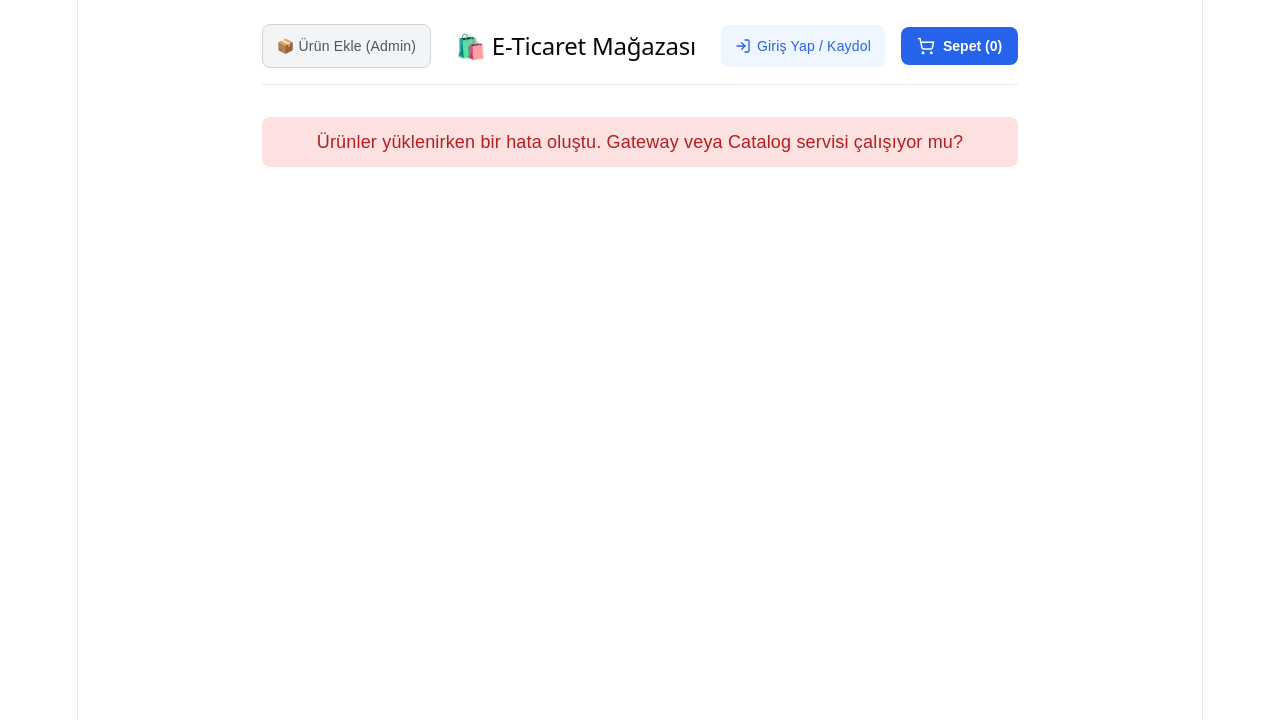
Repository: emir1958/EticaretMicroservice
Page: / (app in src/Clients/ecommerce-ui/)
These files come from the project's save history. The page is drawn as it stood at one moment and after the next save; the edit follows.
The browser window is 1280 px wide. The pictures show the whole page.
The page's requests for data from a server got no answer. The project was rebuilt for these pictures with package versions that can differ from the ones it lists, and the page was loaded fresh each time. No one was signed in, and anything a server would have sent is missing. Also part of the build but not shown: src/Clients/ecommerce-ui/vite.config.js, src/Clients/ecommerce-ui/src/pages/customer/ProductDetail.jsx, src/Clients/ecommerce-ui/src/hooks/useOrderHub.js, src/Clients/ecommerce-ui/src/pages/customer/Checkout.jsx, src/Clients/ecommerce-ui/src/pages/auth/Auth.jsx, src/Clients/ecommerce-ui/src/pages/admin/AdminLogin.jsx, src/Clients/ecommerce-ui/src/components/AdminLayout.jsx, src/Clients/ecommerce-ui/src/pages/admin/AdminProduct.jsx and 5 more.

Above is the page before, as saved 2026-09-22 21:38:19.

After the next save:
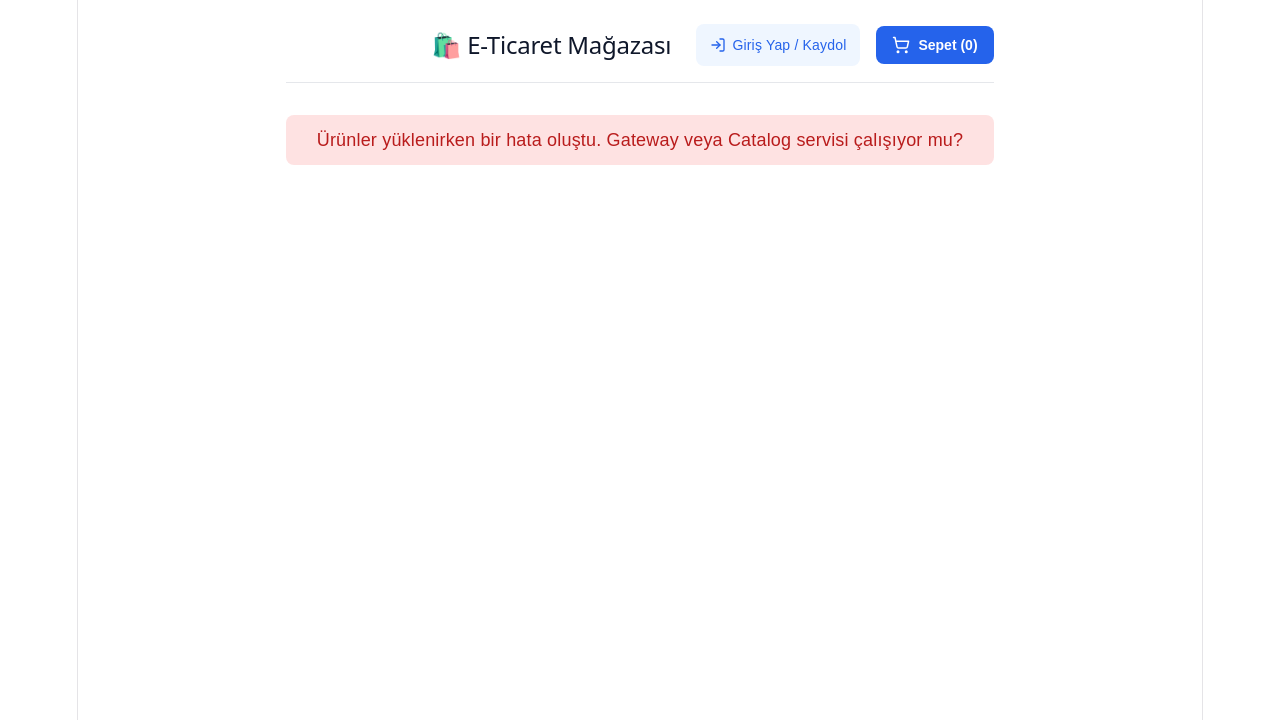
Saved 28 min 16 s later.
--- a/src/Clients/ecommerce-ui/src/pages/customer/ProductList.jsx
+++ b/src/Clients/ecommerce-ui/src/pages/customer/ProductList.jsx
@@ -8,6 +8,7 @@ import {
   LogIn,
   LogOut,
   User as UserIcon,
+  ShieldCheck,
 } from "lucide-react";
 import { Link } from "react-router-dom";
 
@@ -16,9 +17,9 @@ export default function ProductList() {
   const [loading, setLoading] = useState(true);
   const [error, setError] = useState(null);
 
-  // 🟢 1. setIsCartOpen fonksiyonunu Context'ten çekiyoruz
   const { addToCart, cart, setIsCartOpen } = useCart();
-  const { user, isAuthenticated, logout } = useAuth();
+  // 🟢 1. isAdmin bilgisini AuthContext'ten alıyoruz
+  const { user, isAuthenticated, isAdmin, logout } = useAuth();
 
   useEffect(() => {
     api
@@ -55,47 +56,54 @@ export default function ProductList() {
       <header
         style={{
           display: "flex",
-          flexWrap: "wrap", // 🟢 2. Sıkışmayı önlemek için esnek sarma eklendi
+          flexWrap: "wrap",
           justifyContent: "space-between",
           alignItems: "center",
-          gap: "20px", // 🟢 Elemanlar arası ferahlık sağlandı
+          gap: "20px",
           marginBottom: "32px",
           paddingBottom: "16px",
           borderBottom: "1px solid #e5e7eb",
         }}
       >
-        <Link
-          to="/admin/products"
-          style={{
-            display: "flex",
-            alignItems: "center",
-            gap: "6px",
-            textDecoration: "none",
-            color: "#4b5563",
-            background: "#f3f4f6", // Admin butonuna hafif arkaplan
-            border: "1px solid #d1d5db",
-            padding: "8px 14px",
-            borderRadius: "8px",
-            fontSize: "14px",
-            fontWeight: "500",
-            whiteSpace: "nowrap", // Yazının alt satıra kırılmasını önler
-          }}
-        >
-          📦 Ürün Ekle (Admin)
-        </Link>
-
-        {/* Başlık mobilde veya sıkışınca ortalanır */}
+        {/* 🟢 2. Ürün Ekle butonu SADECE Admin oturum açtığında görünür */}
+        {isAdmin ? (
+          <Link
+            to="/admin/products"
+            style={{
+              display: "flex",
+              alignItems: "center",
+              gap: "6px",
+              textDecoration: "none",
+              color: "#1e293b",
+              background: "#e2e8f0",
+              border: "1px solid #cbd5e1",
+              padding: "8px 14px",
+              borderRadius: "8px",
+              fontSize: "14px",
+              fontWeight: "600",
+              whiteSpace: "nowrap",
+            }}
+          >
+            📦 Ürün Ekle (Admin)
+          </Link>
+        ) : (
+          <div style={{ width: "120px" }} /> /* Denge için boş alan */
+        )}
+
+        {/* Başlık */}
         <h2
           style={{
             margin: 0,
             textAlign: "center",
             flex: "1 1 auto",
             minWidth: "250px",
+            color: "#0f172a",
           }}
         >
           🛍️ E-Ticaret Mağazası
         </h2>
 
+        {/* Sağ Alan (Kullanıcı / Admin / Sepet) */}
         <div
           style={{
             display: "flex",
@@ -105,22 +113,46 @@ export default function ProductList() {
           }}
         >
           {isAuthenticated ? (
-            <div style={{ display: "flex", alignItems: "center", gap: "12px" }}>
-              <span
-                style={{
-                  display: "flex",
-                  alignItems: "center",
-                  gap: "6px",
-                  fontSize: "14px",
-                  color: "#374151",
-                  background: "#f3f4f6",
-                  padding: "6px 12px",
-                  borderRadius: "20px",
-                }}
-              >
-                <UserIcon size={16} color="#6b7280" />
-                {user?.username || user?.email || "Hesabım"}
-              </span>
+            <div style={{ display: "flex", alignItems: "center", gap: "10px" }}>
+              {/* 🟢 3. Admin ise Yönetici Paneli butonu, Normal kullanıcı ise standart profil */}
+              {isAdmin ? (
+                <Link
+                  to="/admin/orders"
+                  style={{
+                    display: "flex",
+                    alignItems: "center",
+                    gap: "6px",
+                    textDecoration: "none",
+                    fontSize: "13px",
+                    fontWeight: "bold",
+                    color: "#fff",
+                    background: "#0f172a",
+                    border: "1px solid #334155",
+                    padding: "6px 14px",
+                    borderRadius: "20px",
+                  }}
+                >
+                  <ShieldCheck size={16} color="#38bdf8" />
+                  Yönetici Paneli
+                </Link>
+              ) : (
+                <span
+                  style={{
+                    display: "flex",
+                    alignItems: "center",
+                    gap: "6px",
+                    fontSize: "14px",
+                    color: "#374151",
+                    background: "#f3f4f6",
+                    padding: "6px 12px",
+                    borderRadius: "20px",
+                  }}
+                >
+                  <UserIcon size={16} color="#6b7280" />
+                  {user?.username || user?.email || "Hesabım"}
+                </span>
+              )}
+
               <button
                 onClick={logout}
                 style={{
@@ -159,7 +191,7 @@ export default function ProductList() {
             </Link>
           )}
 
-          {/* 🟢 3. Link yerine Button kullanıldı, tıklanınca Drawer açılıyor */}
+          {/* Sepet Butonu */}
           <button
             onClick={() => setIsCartOpen(true)}
             style={{
